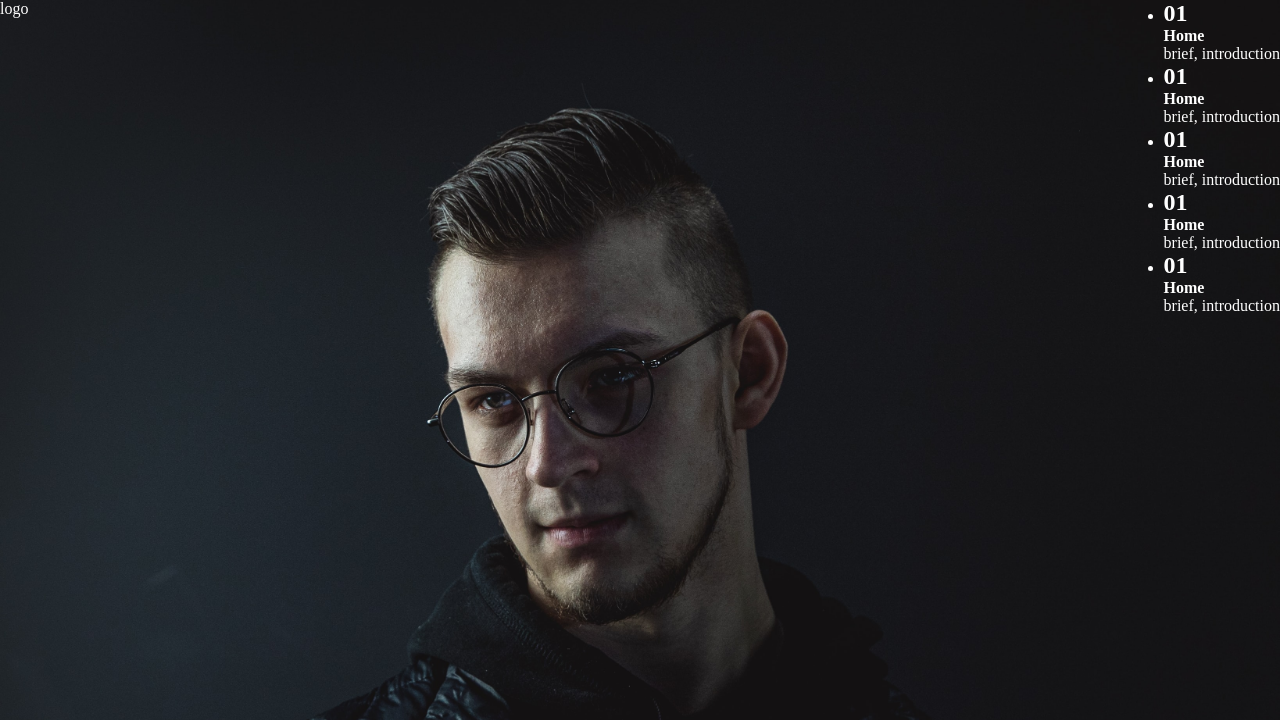
Repository: linco6054/simple-html
Page: index.html
These files come from the project's save history. The page is drawn as it stood at one moment and after a run of saves; the edit follows.
The browser window is 1280 px wide. The pictures show the whole page.

Above is the page before, as saved 2021-08-16 15:35:54.

### index.html
<!DOCTYPE html>
<html lang="en">
  <head>
    <meta charset="UTF-8" />
    <meta http-equiv="X-UA-Compatible" content="IE=edge" />
    <meta name="viewport" content="width=device-width, initial-scale=1.0" />
    <link rel="stylesheet" href="style.css" />
    <title>Lincoln</title>
  </head>
  <body>
    <section class="sec1">
      <nav>
        <span>logo</span>
        <ul>
          <li>
            <h2>01</h2>
            <h4>Home</h4>
            <p>brief, introduction</p>
          </li>
          <li>
            <h2>01</h2>
            <h4>Home</h4>
            <p>brief, introduction</p>
          </li>
          <li>
            <h2>01</h2>
            <h4>Home</h4>
            <p>brief, introduction</p>
          </li>
          <li>
            <h2>01</h2>
            <h4>Home</h4>
            <p>brief, introduction</p>
          </li>
          <li>
            <h2>01</h2>
            <h4>Home</h4>
            <p>brief, introduction</p>
          </li>
        </ul>
      </nav>
    </section>
  </body>
</html>

### style.css
* {
  margin: 0;
  padding: 0;
}
body {
  max-width: 100%;
  height: auto;
  overflow: hidden;
  color: #fff;
}
section {
  height: 100vh;
  width: 100%;
  overflow: hidden;
}
/* ================================Sectiion 1================================== */
.sec1 {
  background-image: url("./images/bg.jpg");
  background-size: cover;
  background-repeat: no-repeat;
}
nav {
  display: flex;
  justify-content: space-between;
}

After the next 3 saves:
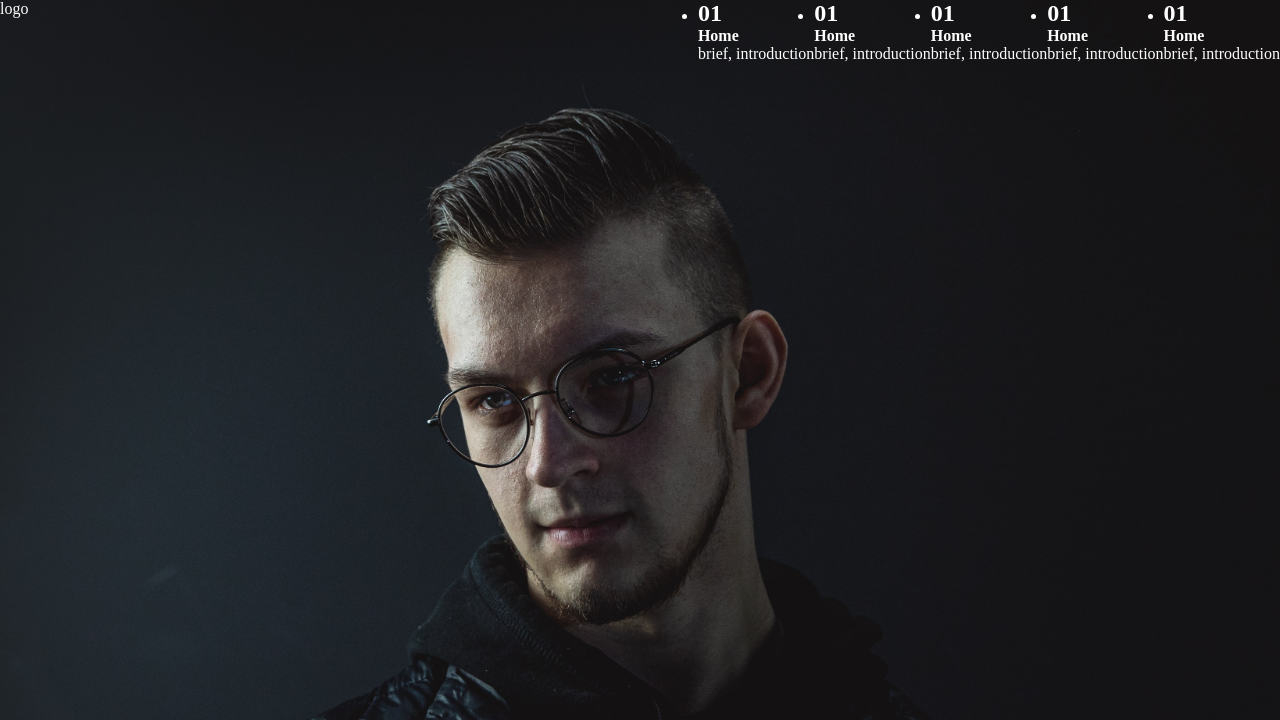
The 3 saves are shown as one change because they came seconds apart.
The last was saved 29 s later.
--- a/style.css
+++ b/style.css
@@ -23,3 +23,6 @@
   display: flex;
   justify-content: space-between;
 }
+nav > ul {
+  display: flex;
+}
